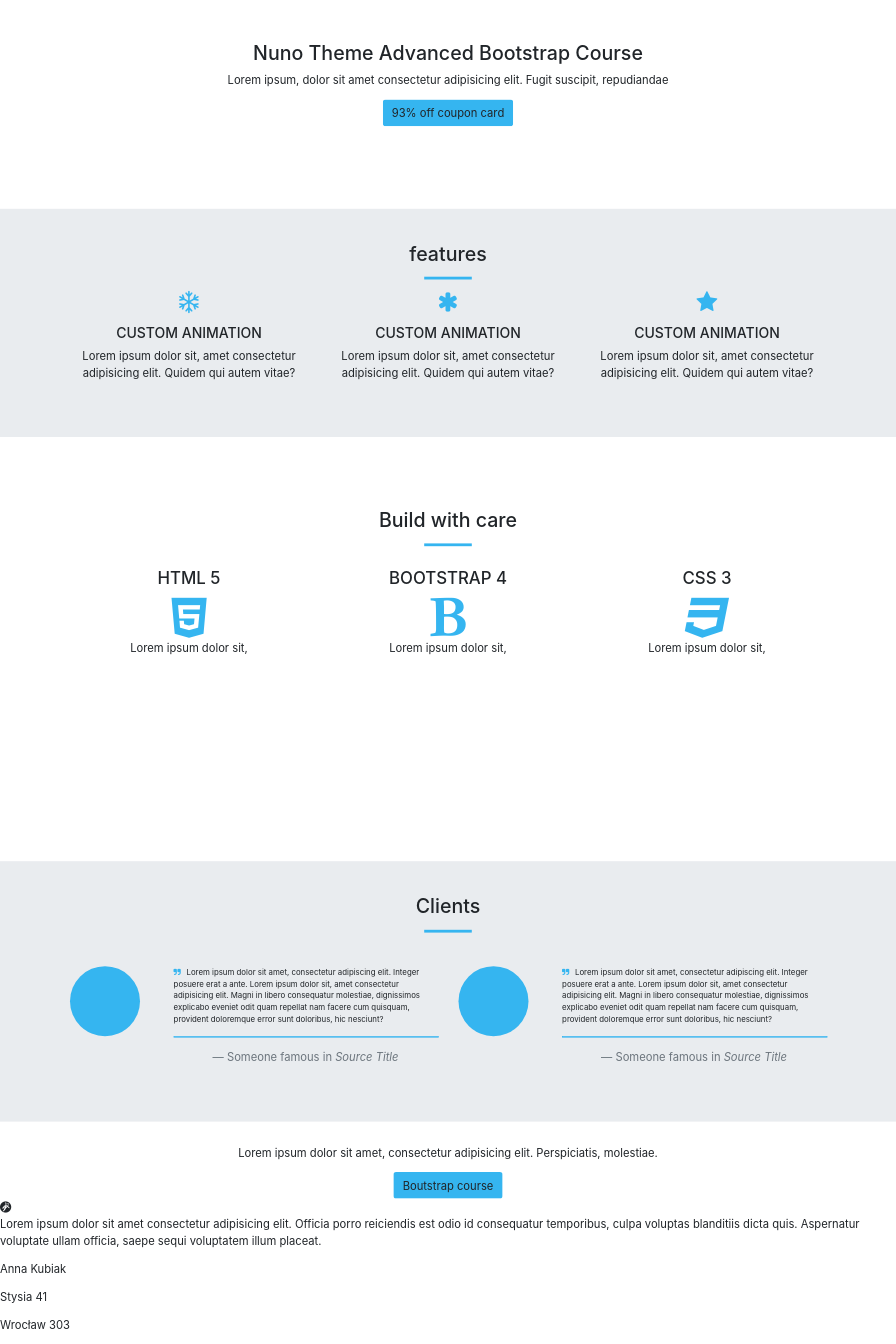
Repository: Mietlicha/bootstrap_template_exercise
Page: index.html
An editor plug-in stored every save of this project. The page is shown before and after the next save, followed by the edit.
The browser window is 1280 px wide. The pictures show the part of the page from y = 706 to 2626 px (the page is 2626 px tall), at 70% of full size.

Above is the page before, as saved 2019-11-19 23:29:48.

After the next save:
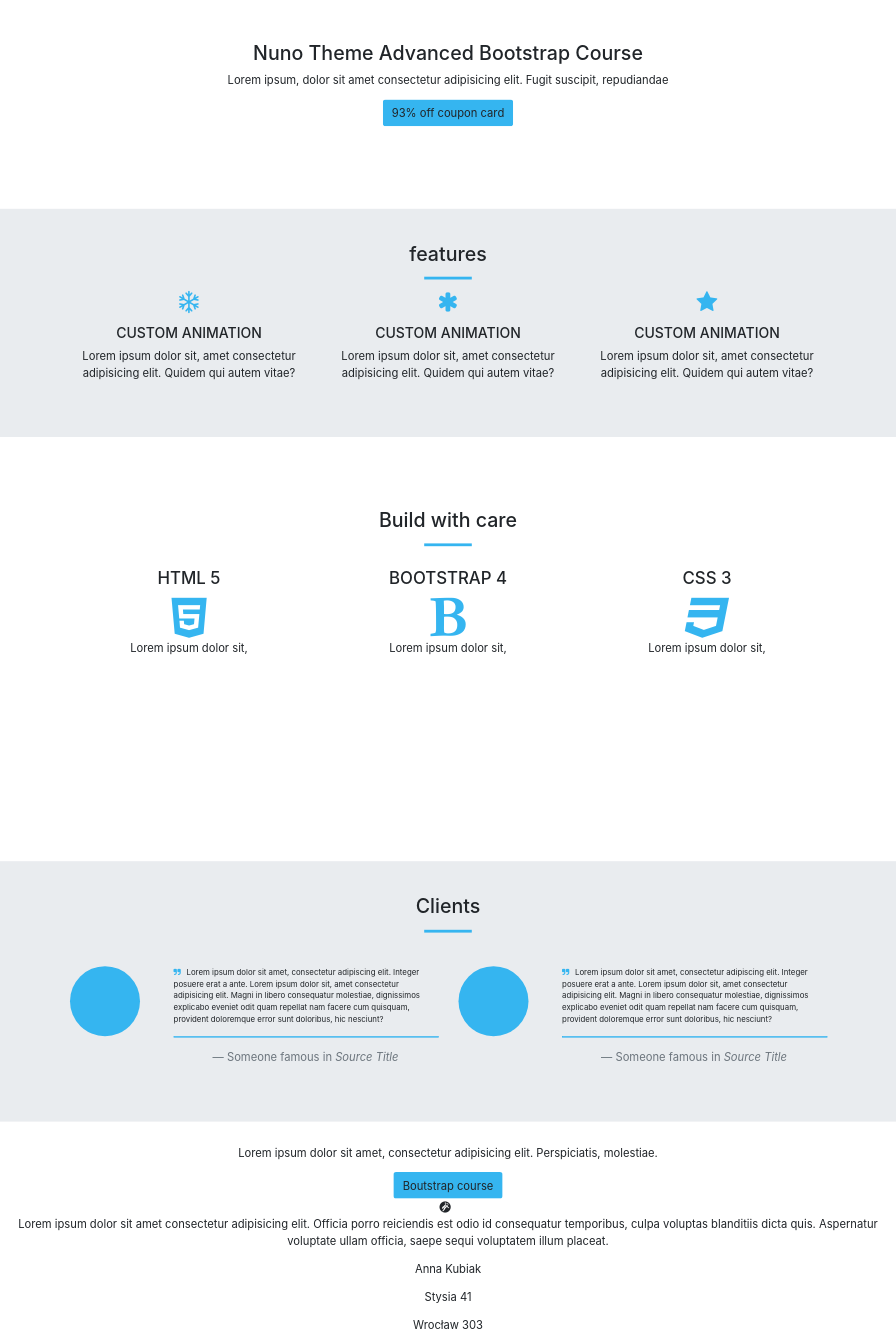
Saved 42 s later.
--- a/index.html
+++ b/index.html
@@ -138,7 +138,7 @@
         </aside>
     </section>
     <!--------------------footer-------------------->
-    <footer id="contact">
+    <footer id="contact" class="text-center">
         <i class="fa fa-grav mr-2" aria-hidden="true"></i>
         <p>Lorem ipsum dolor sit amet consectetur adipisicing elit. Officia porro reiciendis est odio id consequatur temporibus, culpa voluptas blanditiis dicta quis. Aspernatur voluptate ullam officia, saepe sequi voluptatem illum placeat.</p>
         <address>
